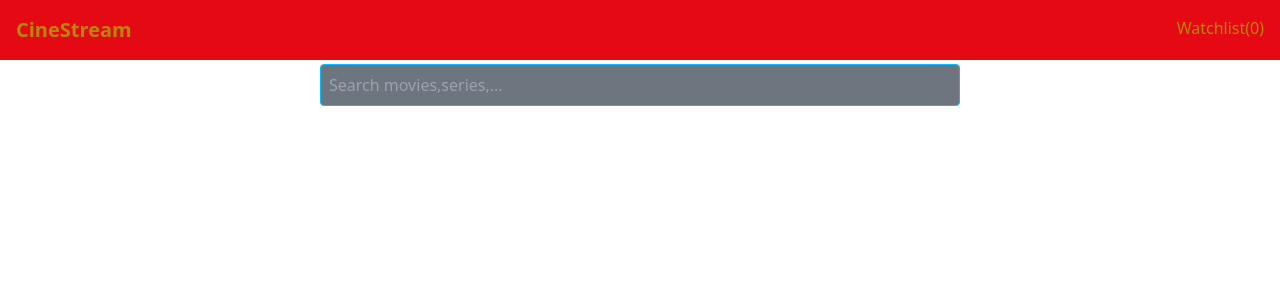
Repository: Reshmashameem31/Cine-Stream
Page: / (app in movie-project/)
The author's editor kept a copy of each file at every save. The page is drawn from the files as they stood at one save, then again after the next save.
The browser window is 1280 px wide. The pictures show the whole page.
The project was rebuilt for these pictures with package versions that can differ from the ones it lists, and the page was loaded fresh each time. Also part of the build but not shown: movie-project/vite.config.js, movie-project/src/pages/WatchList.jsx.

Above is the page before, as saved 2025-08-15 17:43:46.

After the next save:
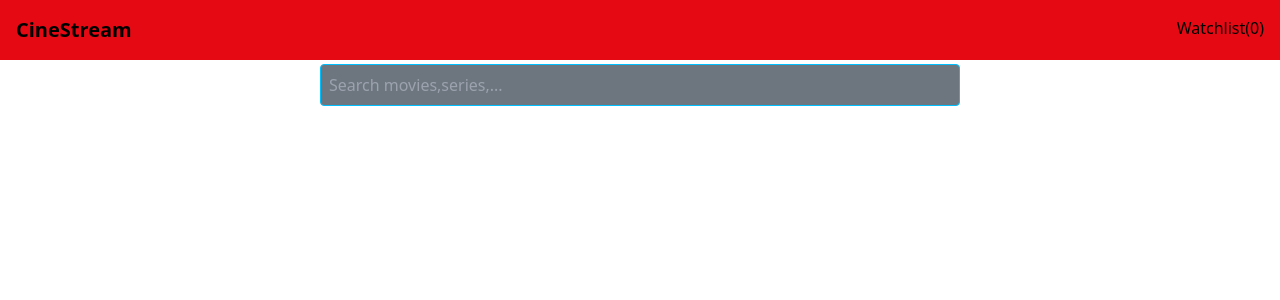
Saved 11 s later.
--- a/movie-project/src/pages/Navbar.jsx
+++ b/movie-project/src/pages/Navbar.jsx
@@ -3,7 +3,7 @@ import { Link } from 'react-router-dom'
 
 const Navbar = () => {
   return (
-    <nav className='p-4 bg-[#E50914] text-[#B8860B]  flex justify-between fixed w-full top-0'>
+    <nav className='p-4 bg-[#E50914] text-[#C]  flex justify-between fixed w-full top-0'>
       <Link to="/" className='font-bold text-xl hover:text-[#00E5FF] '>CineStream</Link>
       <Link to="/watchlist" className='text-l hover:text-[#00E5FF]'>Watchlist(0)</Link>
     </nav>
